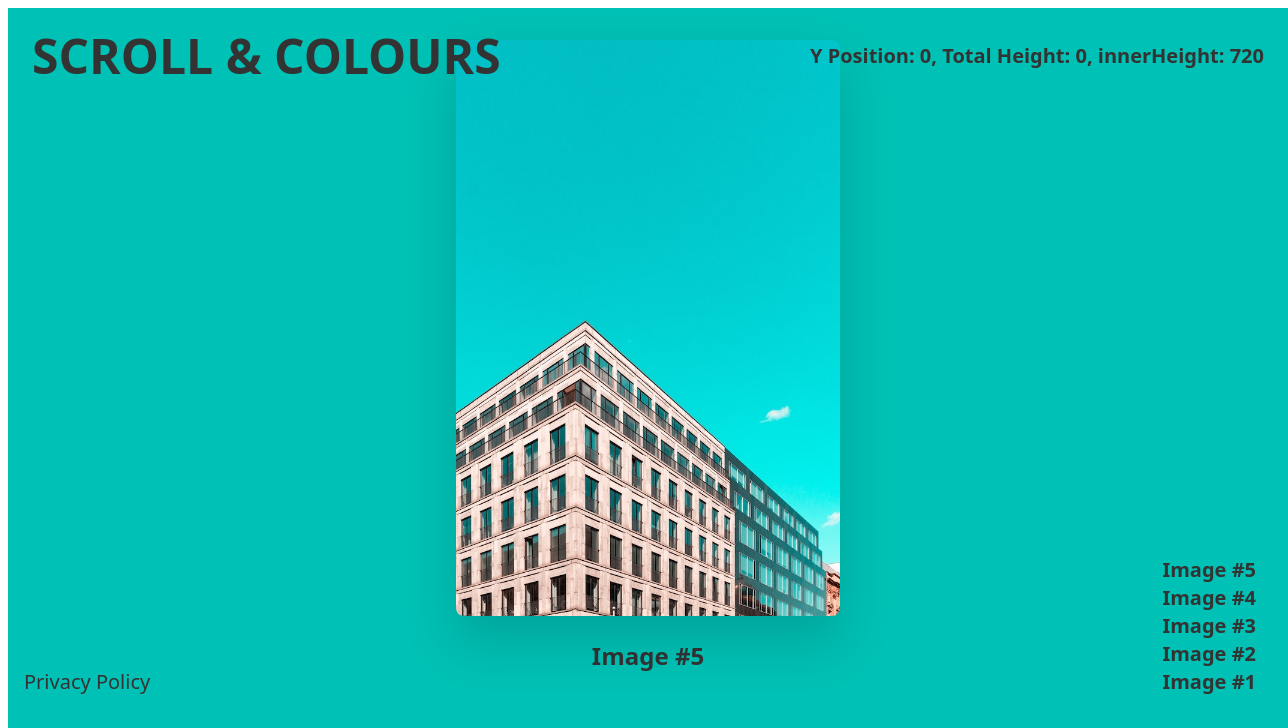
Repository: chelle-c/smooth-scroll-colours
Page: /
The author's editor kept a copy of each file at every save. The page is drawn from the files as they stood at one save, then again after the next save.
The browser window is 1280 px wide. The page is 1288 px wide, so the pictures cover 1288 px, including what lies to the right of the window. The pictures show the whole page.
An inner scrolling area shows only its first screen. The project was rebuilt for these pictures with package versions that can differ from the ones it lists, and the page was loaded fresh each time. Imported but missing from the stored project, and not drawn on this page: images.

Above is the page before, as saved 2022-09-30 17:49:41.

### src/App.svelte
<script>
	import '/images/';
	import { fade } from 'svelte/transition';

	let sections = [
		{ id: 1, image: 'red', alt: '', colour: '#00c1b5' },
		{ id: 2, image: 'blue', alt: '', colour: '#ff651a' },
		{ id: 3, image: 'yellow', alt: '', colour: '#ffbe00' },
		{ id: 4, image: 'orange', alt: '', colour: '#1d3fbb' },
		{ id: 5, image: 'turquoise', alt: '', colour: '#e30512' },
	];

	let box;
	let yTop = 0;
	let yHeight = 0;
	let innerHeight;

	function parseScroll() {
		yTop = box.scrollTop;
		yBottom = box.scrollBottom;
		yHeight = box.scrollHeight;
		setColour();
	}

	const colours = sections.map(section => section.colour);
	let backgroundColour = '#00c1b5';

	let setColour = () => {
		let colour;
		for (let index = 0; index < sections.length; index++) {
			if (yTop <= innerHeight * index) {
				colour = colours[index];
				break;
			}
		}
		console.log(colours, colour);
		backgroundColour = colour;
	};
</script>

<svelte:window bind:innerHeight />

<div
	id="background"
	class="min-w-full min-h-screen z-0 absolute"
	style="background: {backgroundColour}"
/>

<main
	class="min-w-full min-h-screen flex flex-col scrollsnap-container scroll-smooth"
	bind:this={box}
	on:scroll={parseScroll}
	on:mousemove={parseScroll}
>
	<div
		class="min-w-full p-6 flex flex-row justify-between items-center z-10 absolute"
	>
		<div>
			<h1 class="font-sans font-bold text-5xl uppercase">
				Scroll & Colours
			</h1>
		</div>
		<div class="font-sans font-bold text-xl">
			Y Position: {yTop}, Total Height: {yHeight}, innerHeight: {innerHeight}
		</div>
	</div>

	{#each [...sections].reverse() as { id, image, alt, colour }}
		<section
			id="section{id}"
			class="flex flex-col justify-center items-center min-w-full min-h-screen justify-center items-center transition-colors snap-always snap-center"
		>
			<div in:fade class="drop-shadow-2xl">
				<img
					class="w-96 rounded-lg"
					src="/images/image-{image}.jpg"
					{alt}
				/>
			</div>
			<h3 class="font-sans font-bold text-2xl p-6">Image #{id}</h3>
		</section>
	{/each}

	<div
		class="min-w-full p-6 flex flex-row justify-between items-end z-100 absolute bottom-0 left-0 pointer-events-none"
	>
		<div class="font-sans text-xl pointer-events-auto">Privacy Policy</div>
		<div class="font-sans font-semibold text-xl pointer-events-auto">
			<ul>
				<li><a href="#section5">Image #5</a></li>
				<li><a href="#section4">Image #4</a></li>
				<li><a href="#section3">Image #3</a></li>
				<li><a href="#section2">Image #2</a></li>
				<li><a href="#section1">Image #1</a></li>
			</ul>
		</div>
	</div>
</main>

<style global lang="postcss">
	@tailwind base;
	@tailwind components;
	@tailwind utilities;

	:global(body) {
		margin: 0;
		padding: 0;
	}

	a,
	a:visited {
		color: inherit;
	}

	section {
		display: flex;
		justify-content: center;
		align-items: center;
		width: 100vw;
		height: 100vh;
		scroll-snap-align: start;
		position: relative;
		background: inherit;
		transition: background-color 1s linear;
	}

	.scrollsnap-container {
		display: flex;
		flex-direction: column;
		width: 100vw;
		height: 100%;
		margin: 0;
		padding: 0;
		overflow-x: hidden;
		overflow-y: scroll;
		scroll-snap-type: y mandatory;
		scroll-snap-type: mandatory; /* for older browsers */
		scroll-snap-points-y: repeat(100vh); /* for older browsers */
		scrollbar-width: none;
		background: transparent;
	}
</style>

### tailwind.config.js
/** @type {import('tailwindcss').Config} */
const production = process.env.NODE_ENV !== 'development'
module.exports = {
	future: {
		purgeLayersByDefault: true,
		removeDeprecatedGapUtilities: true,
	},
	purge: {
		content: ['./src/**/*.svelte'],
		enabled: production, // disable purge in dev
	},
	content: [],
	theme: {
		extend: {},
	},
	plugins: [],
};

### public/global.css
html, body {
	position: relative;
	width: 100%;
	height: 100%;
}

body {
	color: #333;
	margin: 0;
	padding: 8px;
	box-sizing: border-box;
	font-family: -apple-system, BlinkMacSystemFont, "Segoe UI", Roboto, Oxygen-Sans, Ubuntu, Cantarell, "Helvetica Neue", sans-serif;
}

a {
	color: rgb(0,100,200);
	text-decoration: none;
}

a:hover {
	text-decoration: underline;
}

a:visited {
	color: rgb(0,80,160);
}

label {
	display: block;
}

input, button, select, textarea {
	font-family: inherit;
	font-size: inherit;
	-webkit-padding: 0.4em 0;
	padding: 0.4em;
	margin: 0 0 0.5em 0;
	box-sizing: border-box;
	border: 1px solid #ccc;
	border-radius: 2px;
}

input:disabled {
	color: #ccc;
}

button {
	color: #333;
	background-color: #f4f4f4;
	outline: none;
}

button:disabled {
	color: #999;
}

button:not(:disabled):active {
	background-color: #ddd;
}

button:focus {
	border-color: #666;
}

Loaded but not shown: public/index.html (common file); src/main.js (common file)

After the next save:
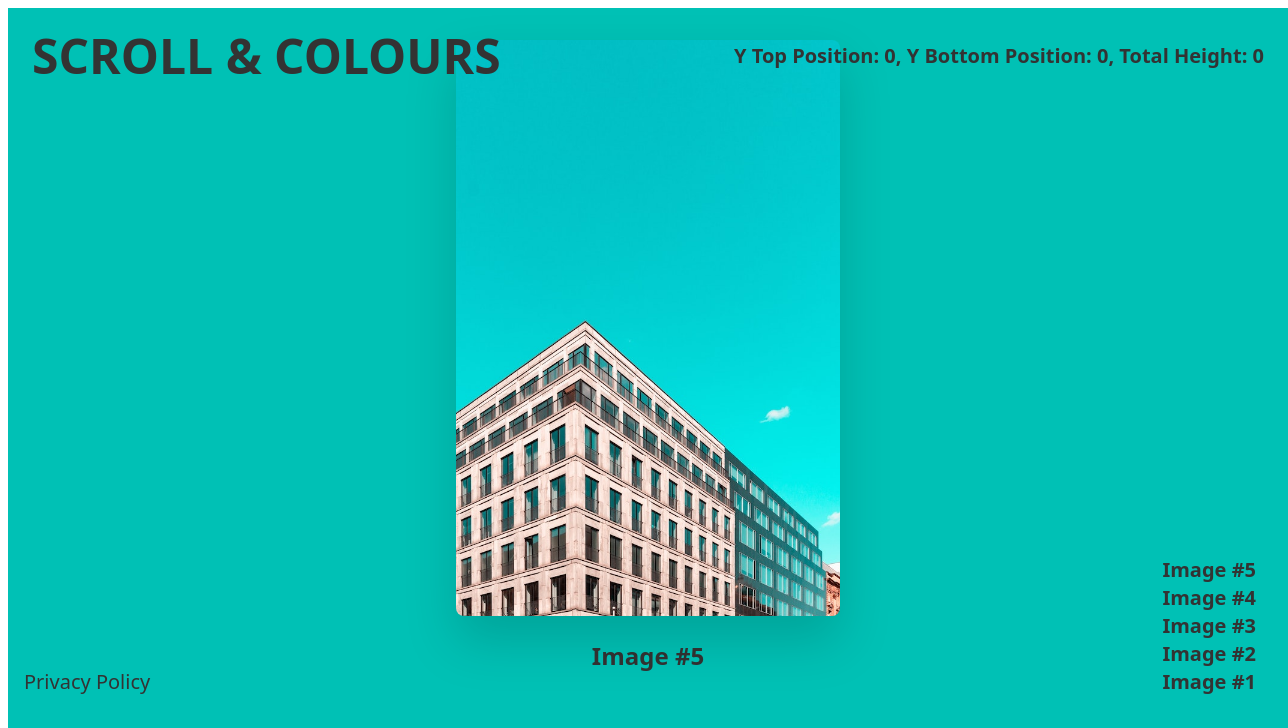
Saved 62 s later.
--- a/src/App.svelte
+++ b/src/App.svelte
@@ -12,6 +12,7 @@
 
 	let box;
 	let yTop = 0;
+	let yBottom = 0;
 	let yHeight = 0;
 	let innerHeight;
 
@@ -28,7 +29,7 @@
 	let setColour = () => {
 		let colour;
 		for (let index = 0; index < sections.length; index++) {
-			if (yTop <= innerHeight * index) {
+			if (yTop <= innerHeight * index <= yBottom) {
 				colour = colours[index];
 				break;
 			}
@@ -61,7 +62,7 @@
 			</h1>
 		</div>
 		<div class="font-sans font-bold text-xl">
-			Y Position: {yTop}, Total Height: {yHeight}, innerHeight: {innerHeight}
+			Y Top Position: {yTop}, Y Bottom Position: {yBottom}, Total Height: {yHeight}
 		</div>
 	</div>
 
